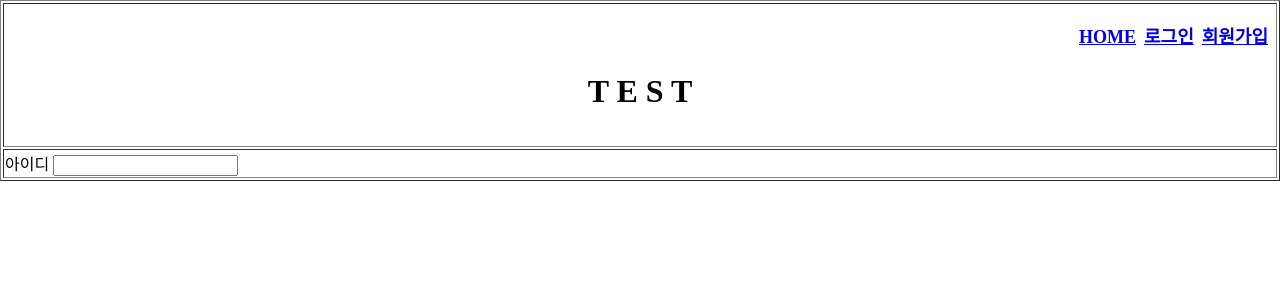
Repository: CHANGMAN-LEE/Java_ee
Page: http://localhost/test/test/loginForm.jsp
An editor plug-in stored every save of this project. The page is shown before and after the next save, followed by the edit.
The browser window is 1280 px wide. The pictures show the whole page.
The page is served by Tomcat 9.

Above is the page before, as saved 2020-07-09 06:23:09.

### workspace/test/WebContent/test/loginForm.jsp
<%@ page language="java" contentType="text/html; charset=UTF-8"
    pageEncoding="UTF-8"%>

<!DOCTYPE html>
<html>
<head>
<meta charset="UTF-8">
<title>Insert title here</title>
</head>
<body marginheight="0" marginwidth="0">
<table style="width: 100%; height: 100%" border="1">
	<tr>
		<td height="140" colspan="2" align="center"><jsp:include page="../template/top.jsp"></jsp:include></td>
	</tr>

	<tr>
		<td>
			아이디
			<input type="text" name="id" class="id">
			<div class="idDiv"></div>
		</td>

	</tr>
</table>
</body>
</html>

### workspace/test/WebContent/template/top.jsp
<%@ page language="java" contentType="text/html; charset=UTF-8"
    pageEncoding="UTF-8"%>

<table width="100%">
	<tr>
		<td align="right">
			<a href="../test/index.jsp"><font size="4"><strong>HOME</strong></font></a>&nbsp;
			<a href="../test/loginForm.jsp"><font size="4"><strong>로그인</strong></font></a>&nbsp;
			<a href="../test/writeForm.jsp"><font size="4"><strong>회원가입</strong></font></a>&nbsp;
	</tr>
</table>
<h1>T E S T</h1>

After the next save:
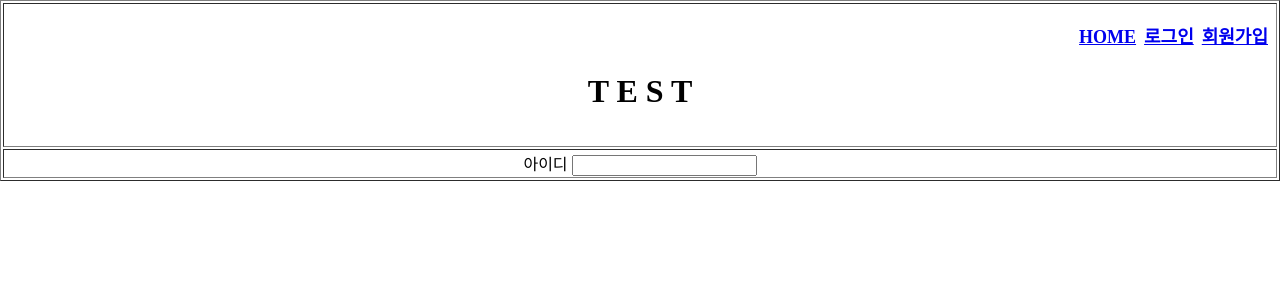
Saved 10 s later.
--- a/workspace/test/WebContent/test/loginForm.jsp
+++ b/workspace/test/WebContent/test/loginForm.jsp
@@ -14,7 +14,7 @@
 	</tr>
 
 	<tr>
-		<td>
+		<td align="center">
 			아이디
 			<input type="text" name="id" class="id">
 			<div class="idDiv"></div>
